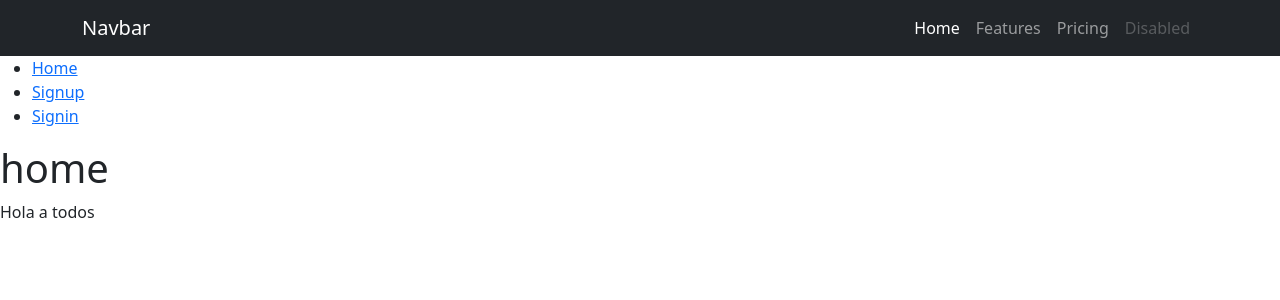
Repository: dbettancourt/django-auth-crud
Page: http://localhost/
These files come from the project's save history. The page is drawn as it stood at one moment and after the next save; the edit follows.
The browser window is 1280 px wide. The pictures show the whole page.
The page is served by the project's application, run on Django 4.2 (manage.py). Other server files are loaded and not shown.

Above is the page before, as saved 2023-06-06 10:16:15.

### tasks/templates/home.html
{% extends 'base.html' %}

{% block content %}
<h1>home</h1>
<p>Hola a todos</p>
{% endblock %}

### tasks/templates/base.html
<!DOCTYPE html>
<!--[if lt IE 7]>      <html class="no-js lt-ie9 lt-ie8 lt-ie7"> <![endif]-->
<!--[if IE 7]>         <html class="no-js lt-ie9 lt-ie8"> <![endif]-->
<!--[if IE 8]>         <html class="no-js lt-ie9"> <![endif]-->
<!--[if gt IE 8]>      <html class="no-js"> <!--<![endif]-->
<html>
    <head>
        <meta charset="utf-8">
        <meta http-equiv="X-UA-Compatible" content="IE=edge">
        <title>Pagina Base Django</title>
        <meta name="description" content="">
        <meta name="viewport" content="width=device-width, initial-scale=1">
        <link rel="stylesheet" href="">
        <link rel="stylesheet" href="https://cdn.jsdelivr.net/npm/bootstrap@5.3.0/dist/css/bootstrap.min.css">
       <link rel="stylesheet" href="https://cdn.jsdelivr.net/npm/bootstrap-icons@1.5.0/font/bootstrap-icons.css">

    </head>
    <body>
        <!--[if lt IE 7]>
            <p class="browsehappy">You are using an <strong>outdated</strong> browser. Please <a href="#">upgrade your browser</a> to improve your experience.</p>
        <![endif]-->
        <nav class="navbar navbar-expand-lg bg-dark navbar-dark">
            <div class="container">
              <a class="navbar-brand" href="#">Navbar</a>
              <button class="navbar-toggler" type="button" data-bs-toggle="collapse" data-bs-target="#navbarNav" aria-controls="navbarNav" aria-expanded="false" aria-label="Toggle navigation">
                <span class="navbar-toggler-icon"></span>
              </button>
              <div class="collapse navbar-collapse" id="navbarNav">
                <ul class="navbar-nav ms-auto">
                  <li class="nav-item">
                    <a class="nav-link active" aria-current="page" href="#">Home</a>
                  </li>
                  <li class="nav-item">
                    <a class="nav-link" href="#">Features</a>
                  </li>
                  <li class="nav-item">
                    <a class="nav-link" href="#">Pricing</a>
                  </li>
                  <li class="nav-item">
                    <a class="nav-link disabled">Disabled</a>
                  </li>
                </ul>
              </div>
            </div>
          </nav>

        <script src="" async defer></script>

        <nav>
            <ul>
                <li class="nav-item">
                    <a href="/">Home</a>
                </li>
                {% if user.is_authenticated %}
                <li class="nav-item">
                    <a href="/tasks">Tasks Pending</a>
                </li>
                <li class="nav-item">
                    <a href="/tasks_completed">Tasks Completed</a>
                </li>
                <li class="nav-item">
                    <a href="/tasks/create">Create task</a>
                </li>

                <li class="nav-item">
                    <a href="/logout">Logout</a>
                </li>
                {% else %}
                <li class="nav-item">
                    <a href="/signup">Signup</a>
                </li>
                <li class="nav-item">
                    <a href="/signin">Signin</a>
                </li>
                {% endif %}
            </ul>
        </nav>


        {% block content %}
        {% endblock %}

    </body>
</html>

### tasks/views.py
from django.shortcuts import render, redirect, get_object_or_404
from django.contrib.auth.forms import UserCreationForm, AuthenticationForm
from django.contrib.auth.models import User
from django.contrib.auth import login, logout, authenticate
from django.db import IntegrityError
from .forms import TaskForm
from .models import Task
from django.utils import timezone
from django.contrib.auth.decorators import login_required



# Create your views here.
def home(request):
    return render(request, 'home.html')

def signup(request):

    if request.method == 'GET':
         return render(request, 'signup.html',{
        'form': UserCreationForm
    })

    else:
        if request.POST['password1'] == request.POST['password2']:
            try:
                user = User.objects.create_user(username=request.POST['username'], password=request.POST['password1'])
                user.save()
                login(request, user)
                return redirect ('tasks')
            except IntegrityError:
                return render(request, 'signup.html',{
                    'form': UserCreationForm,
                    'error': 'El usuario ya existe'
                    })
        return render(request, 'signup.html', {
            'form': UserCreationForm,
            'error': 'Las contraseñas no coinciden'
            })

@login_required
def tasks(request):
    tasks = Task.objects.filter(user=request.user, datecompleted__isnull=True)
    return render(request, 'tasks.html', {'tasks': tasks})

@login_required
def tasks_completed(request):
    tasks = Task.objects.filter(user=request.user, datecompleted__isnull=False).order_by ('-datecompleted')
    return render(request, 'tasks.html', {'tasks': tasks})

@login_required
def create_task(request):

    if request.method == 'GET':
        return render(request, 'create_task.html', {
            'form': TaskForm
        })
    else:
        try:
            form = TaskForm(request.POST)
            new_task = form.save(commit=False)
            new_task.user = request.user
            new_task.save()
            return redirect('tasks')
        except ValueError:
            return render(request, 'create_task.html', {
                'form': TaskForm,
                'error': 'Por favor ingresar datos validos'
             })

@login_required
def task_detail(request, task_id):
    if request.method == 'GET':
        task = get_object_or_404(Task, pk=task_id, user=request.user)
        form = TaskForm(instance=task)
        return render(request, 'task_detail.html', {'task': task, 'form': form})
    else:
        try:
            task = get_object_or_404(Task, pk=task_id, user=request.user)
            form = TaskForm(request.POST, instance=task)
            form.save()
            return redirect('tasks')
        except ValueError:
            return render(request, 'task_detail.html', {'task': task, 'form': form, 'error': "Error al actualizar"})

@login_required
def complete_task(request, task_id):
    task = get_object_or_404(Task, pk=task_id, user=request.user)
    if request.method == 'POST':
        task.datecompleted = timezone.now()
        task.save()
        return redirect('tasks')

@login_required
def delete_task(request, task_id):
    task = get_object_or_404(Task, pk=task_id, user=request.user)
    if request.method == 'POST':
        task.datecompleted = timezone.now()
        task.delete()
        return redirect('tasks')

@login_required
def signout(request):
    logout(request)
    return redirect('home')

def signin(request):
    if request.method=='GET':
        return render(request, 'signin.html', {
            'form': AuthenticationForm
        })
    else:
        user = authenticate(
            request, username=request.POST['username'], password=request.POST['password'])

        if user is None:
            return render(request, 'signin.html', {
                'form': AuthenticationForm,
                'error': 'Usuario o password es incorrecta'
            })
        else:
            login(request, user)
            return redirect('tasks')

### djangocrud/urls.py
"""
URL configuration for djangocrud project.

The `urlpatterns` list routes URLs to views. For more information please see:
    https://docs.djangoproject.com/en/4.2/topics/http/urls/
Examples:
Function views
    1. Add an import:  from my_app import views
    2. Add a URL to urlpatterns:  path('', views.home, name='home')
Class-based views
    1. Add an import:  from other_app.views import Home
    2. Add a URL to urlpatterns:  path('', Home.as_view(), name='home')
Including another URLconf
    1. Import the include() function: from django.urls import include, path
    2. Add a URL to urlpatterns:  path('blog/', include('blog.urls'))
"""
from django.contrib import admin
from django.urls import path
from tasks import views

urlpatterns = [
    path('admin/', admin.site.urls),
    path('', views.home, name='home'),
    path('signup/', views.signup, name='signup'),
    path('tasks/', views.tasks, name='tasks'),
    path('tasks_completed/', views.tasks_completed, name='_completed'),
    path('tasks/create/', views.create_task, name='create_tasks'),
    path('tasks/<int:task_id>/', views.task_detail, name='task_detail'),
    path('tasks/<int:task_id>/complete', views.complete_task, name='complete_task'),
    path('tasks/<int:task_id>/delete', views.delete_task, name='delete_task'),
    path('logout/', views.signout, name='logout'),
    path('signin/', views.signin, name='signin')
]

After the next save:
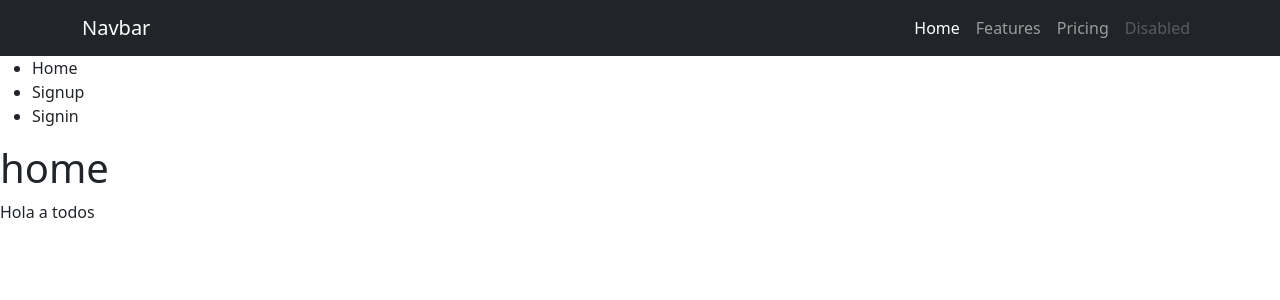
Saved 82 s later.
--- a/tasks/templates/base.html
+++ b/tasks/templates/base.html
@@ -49,28 +49,28 @@
         <nav>
             <ul>
                 <li class="nav-item">
-                    <a href="/">Home</a>
+                    <a href="/"  class="nav-link">Home</a>
                 </li>
                 {% if user.is_authenticated %}
                 <li class="nav-item">
-                    <a href="/tasks">Tasks Pending</a>
+                    <a href="/tasks"  class="nav-link">Tasks Pending</a>
                 </li>
                 <li class="nav-item">
-                    <a href="/tasks_completed">Tasks Completed</a>
+                    <a href="/tasks_completed"  class="nav-link">Tasks Completed</a>
                 </li>
                 <li class="nav-item">
-                    <a href="/tasks/create">Create task</a>
+                    <a href="/tasks/create"  class="nav-link">Create task</a>
                 </li>
 
                 <li class="nav-item">
-                    <a href="/logout">Logout</a>
+                    <a href="/logout"  class="nav-link">Logout</a>
                 </li>
                 {% else %}
                 <li class="nav-item">
-                    <a href="/signup">Signup</a>
+                    <a href="/signup"  class="nav-link">Signup</a>
                 </li>
                 <li class="nav-item">
-                    <a href="/signin">Signin</a>
+                    <a href="/signin"  class="nav-link">Signin</a>
                 </li>
                 {% endif %}
             </ul>
